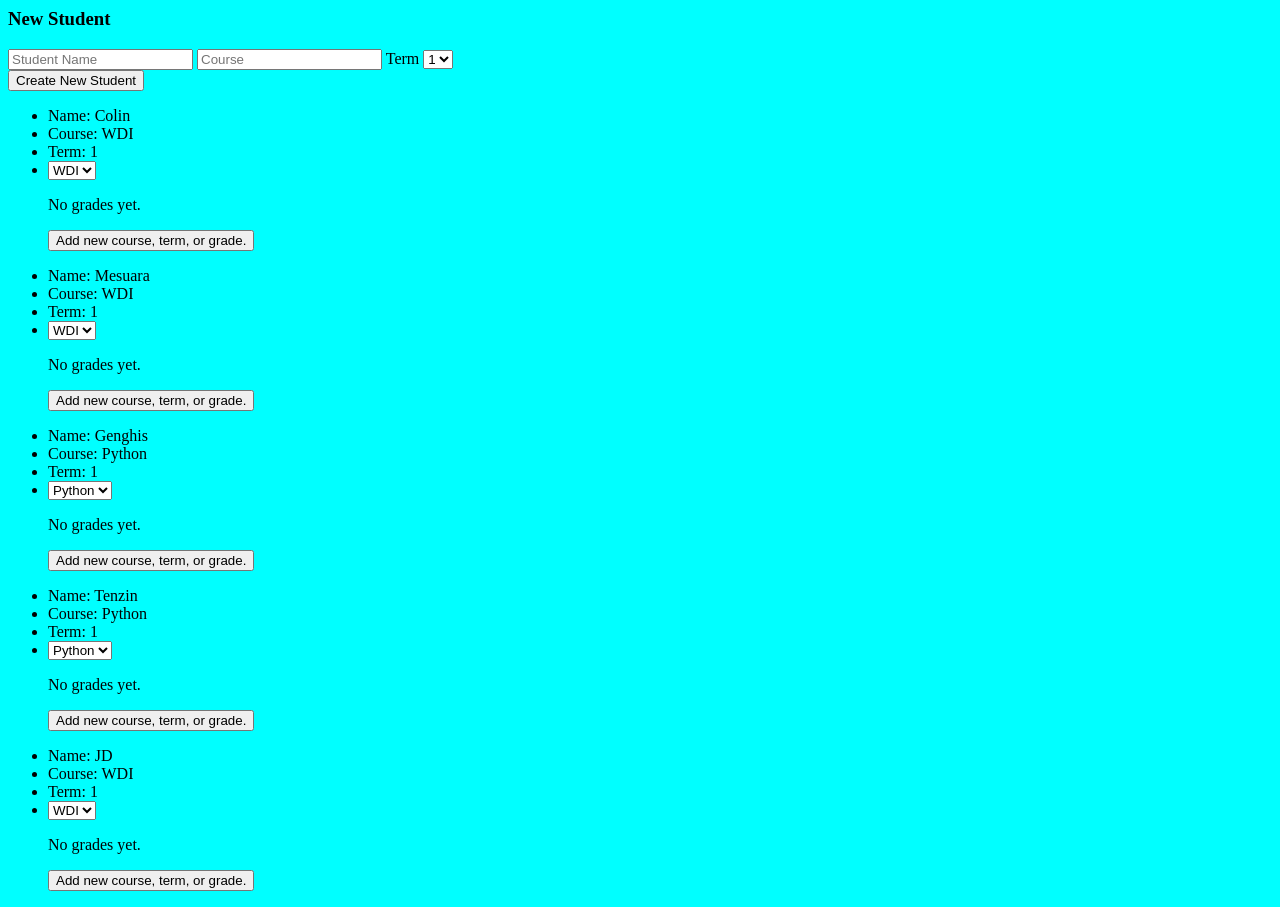
Repository: EdmontDantes/graderaide-ui
Page: index.html
The author's editor kept a copy of each file at every save. The page is drawn from the files as they stood at one save, then again after a run of saves.
The browser window is 1280 px wide. The pictures show the whole page.

Above is the page before, as saved 2020-04-21 14:06:27.

After the next 3 saves:
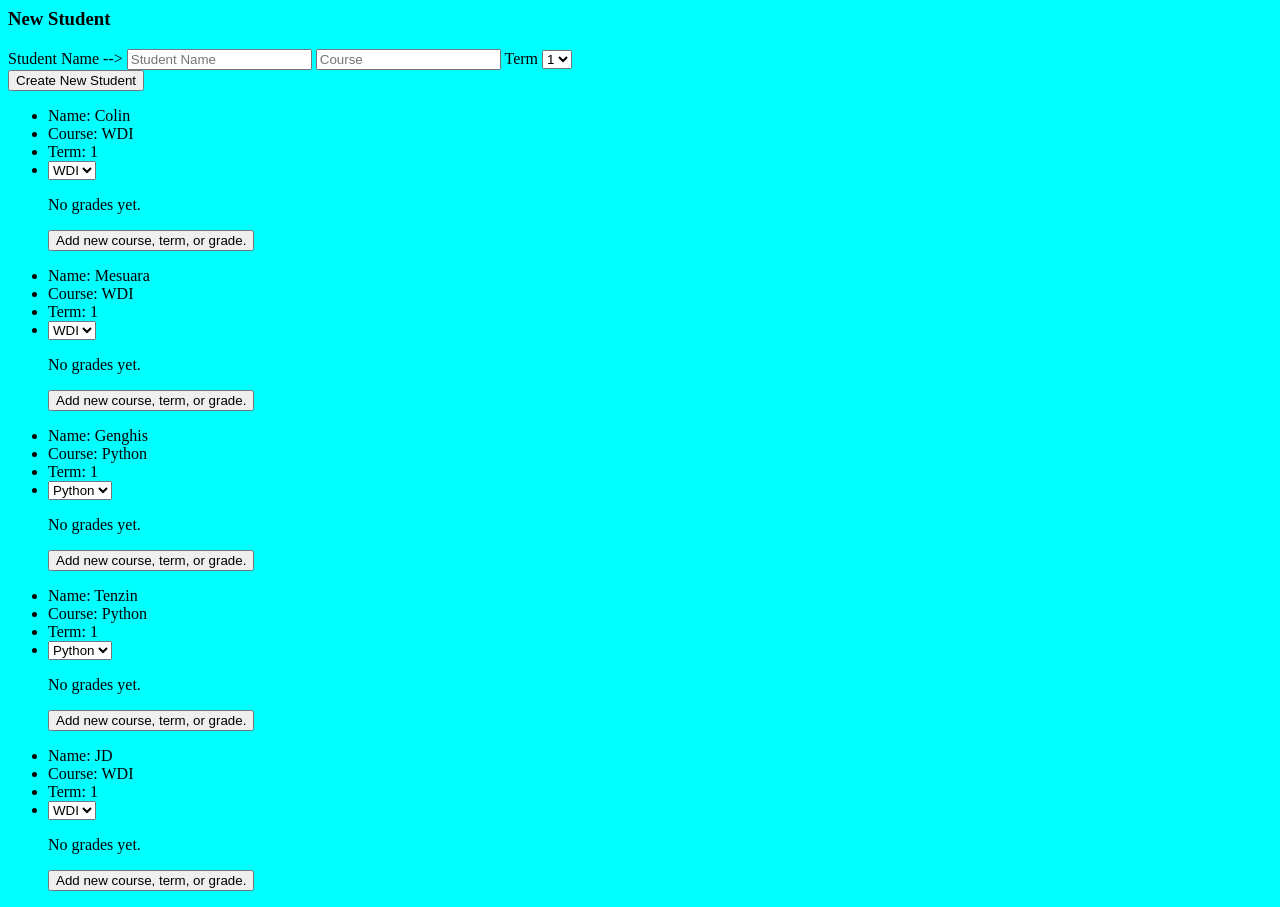
The 3 saves are shown as one change because they came seconds apart.
The last was saved 19 s later.
--- a/index.html
+++ b/index.html
@@ -10,7 +10,7 @@
     <section class="app">
       <section class="new-student-input">
         <h1>New Student</h1>
-        <!-- <label for="new-student-name">Student Name</label> -->
+        <div <!-- <label for="new-student-name">Student Name</label> -->
         <input id="new-student-name-input-box"type="text" class="new-student-name" name="new-student-name" placeholder="Student Name">
         <!-- <label for="new-student-course">Course</label> -->
         <input id="new-student-course-input-box" type="text" class="new-student-course" name="new-student-course" placeholder="Course">

After the 5 saves that followed:
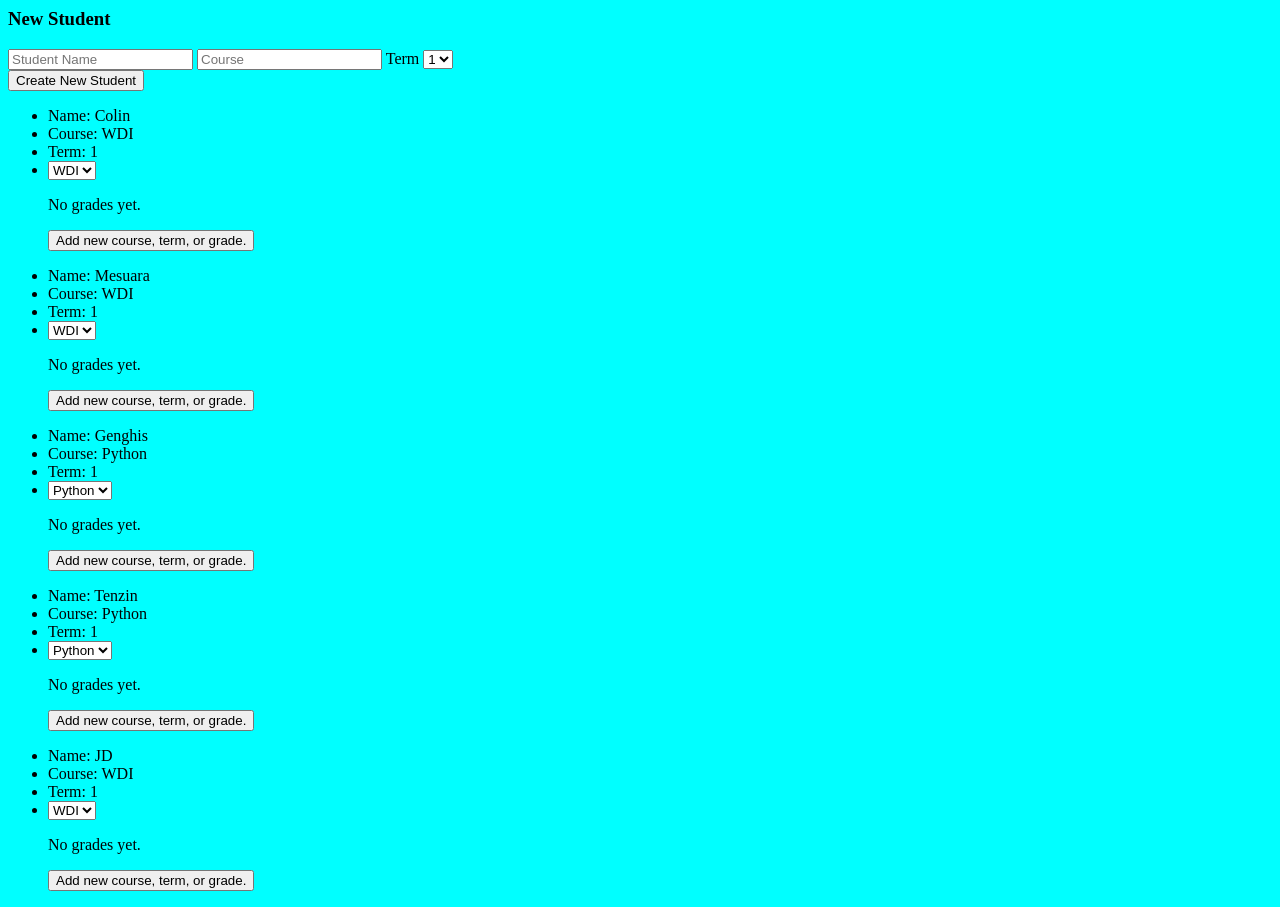
The 5 saves are shown as one change because 2 left the picture as it was and some came seconds apart.
The last was saved 37 s later.
--- a/index.html
+++ b/index.html
@@ -10,7 +10,7 @@
     <section class="app">
       <section class="new-student-input">
         <h1>New Student</h1>
-        <div <!-- <label for="new-student-name">Student Name</label> -->
+        <div id="new-student-input-boxes"></div><!-- <label for="new-student-name">Student Name</label> -->
         <input id="new-student-name-input-box"type="text" class="new-student-name" name="new-student-name" placeholder="Student Name">
         <!-- <label for="new-student-course">Course</label> -->
         <input id="new-student-course-input-box" type="text" class="new-student-course" name="new-student-course" placeholder="Course">
